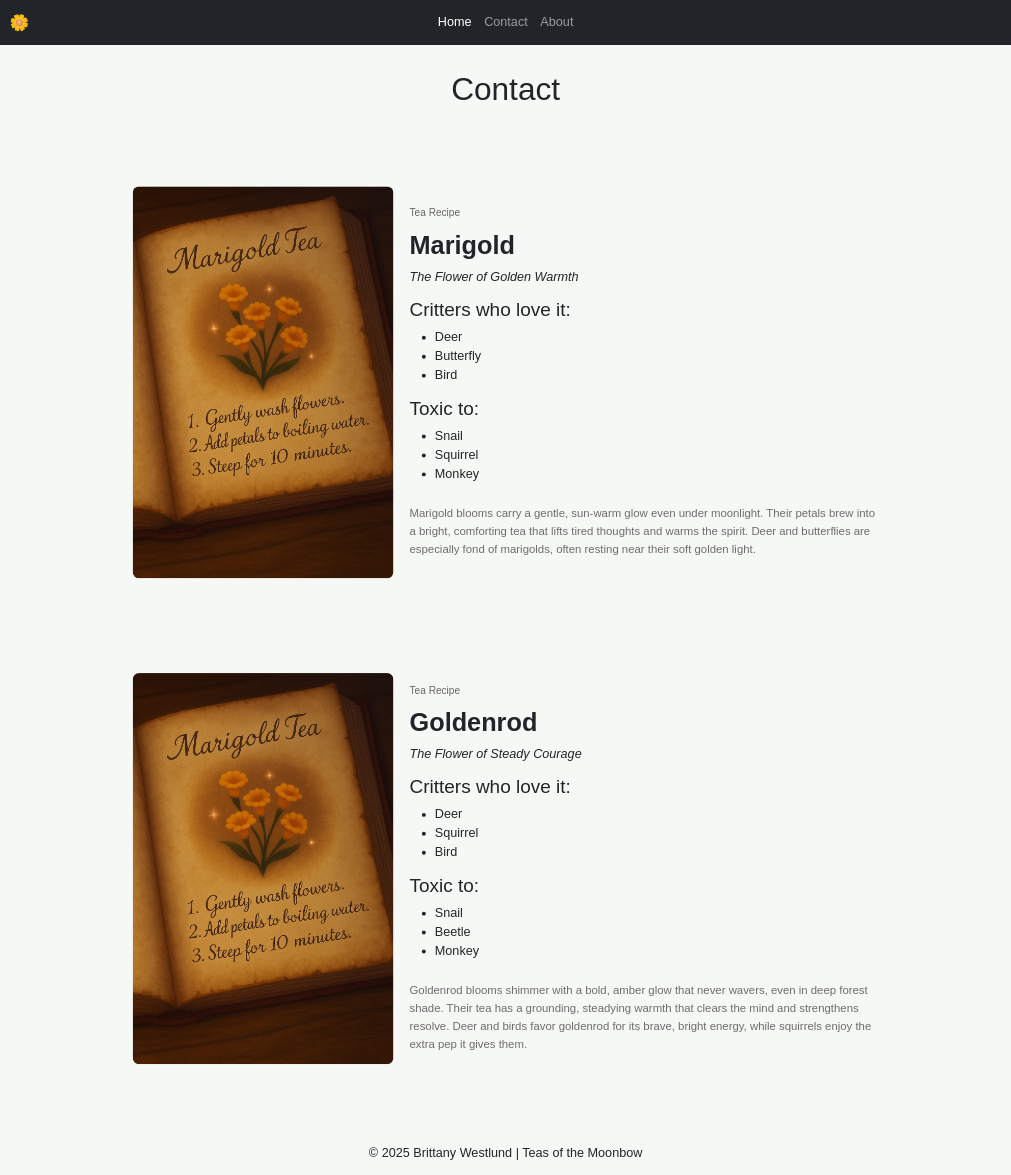
Repository: Brittany-Westlund/WebDesign
Page: FinalProject/contact.html
These files come from the project's save history. The page is drawn as it stood at one moment and after the next save; the edit follows.
The browser window is 1280 px wide. The pictures show the whole page, at 79% of full size.

Above is the page before, as saved 2025-12-02 20:33:14.

After the next save:
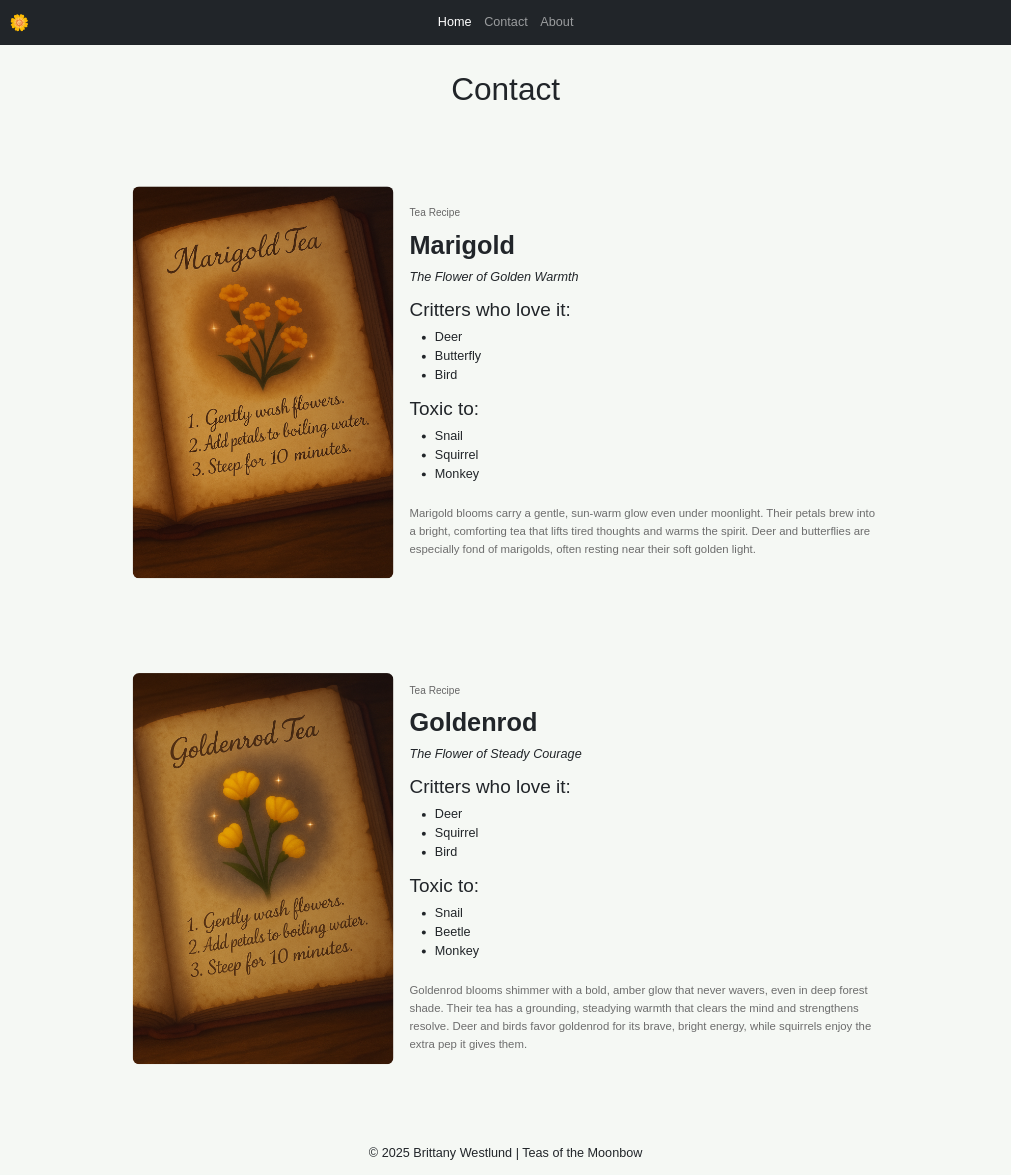
Saved 25 s later.
--- a/FinalProject/contact.html
+++ b/FinalProject/contact.html
@@ -76,7 +76,7 @@
 
 
     <div class="blog-preview">
-      <img src="images/TeaMarigoldRecipePage.png" alt="A goldenrod tea recipe page." class="recipe-image">
+      <img src="images/TeaGoldenrodRecipePage.png" alt="A goldenrod tea recipe page." class="recipe-image">
 
       <div class="blog-text">
           <p class="date">Tea Recipe</p>
